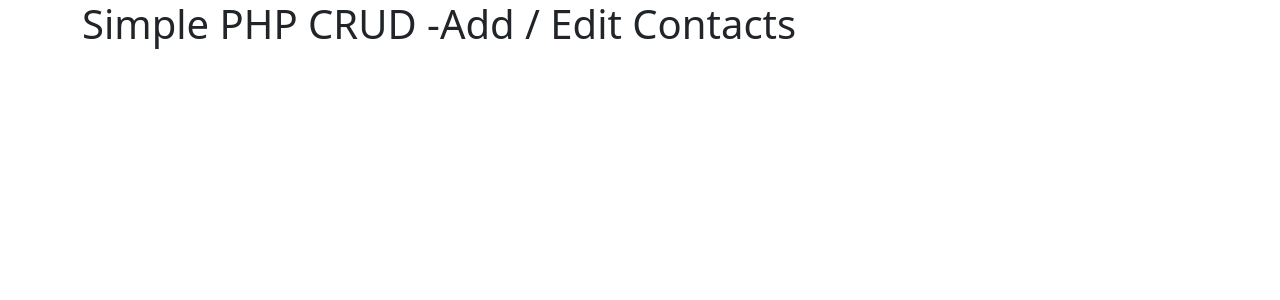
Repository: mennaabdelelhady/PHP-CRUD
Page: http://localhost/add_edit.php
These files come from the project's save history. The page is drawn as it stood at one moment and after the next save; the edit follows.
The browser window is 1280 px wide. The pictures show the whole page.
The page is run by PHP 8.4 with error messages shown; the project is at /var/www/html/.

Above is the page before, as saved 2024-12-30 02:13:59.

### public/add_edit.php
<?php

$title ="Simple PHP CRUD -Add / Edit Contacts";

?>

<!DOCTYPE html>
<html lang="en">
<head>
    <meta charset="UTF-8">
    <meta name="viewport" content="width=device-width, initial-scale=1.0">
    <link href="https://cdn.jsdelivr.net/npm/bootstrap@5.3.3/dist/css/bootstrap.min.css" rel="stylesheet" integrity="sha384-QWTKZyjpPEjISv5WaRU9OFeRpok6YctnYmDr5pNlyT2bRjXh0JMhjY6hW+ALEwIH" crossorigin="anonymous">
    <title><?php echo $title ?></title>
</head>
<body class="container">
    <h1><?php echo $title ?></h1>
</body>

</html>

After the next save:
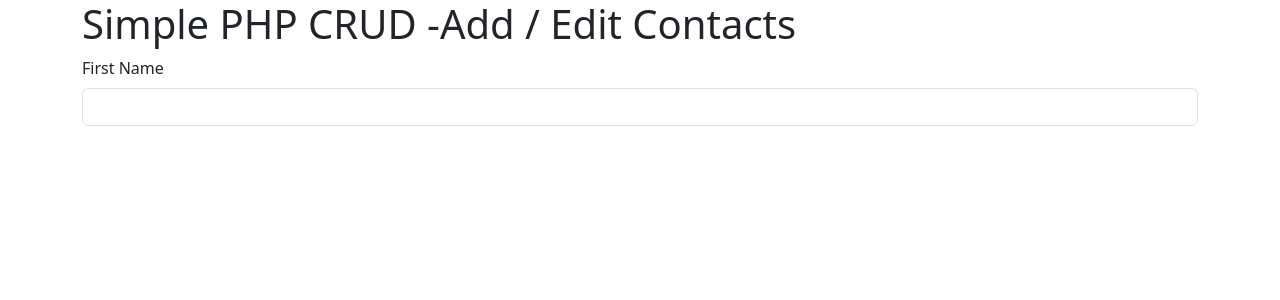
Saved 67 min 54 s later.
--- a/public/add_edit.php
+++ b/public/add_edit.php
@@ -14,6 +14,12 @@ $title ="Simple PHP CRUD -Add / Edit Contacts";
 </head>
 <body class="container">
     <h1><?php echo $title ?></h1>
+    <form action="">
+        <div class="mb-3">
+            <label for="first_name" class="form-label">First Name</label>
+            <input type="text" class="form-control" id="first_name" name="first_name">
+        </div>
+    </form>
 </body>
 
 </html>
